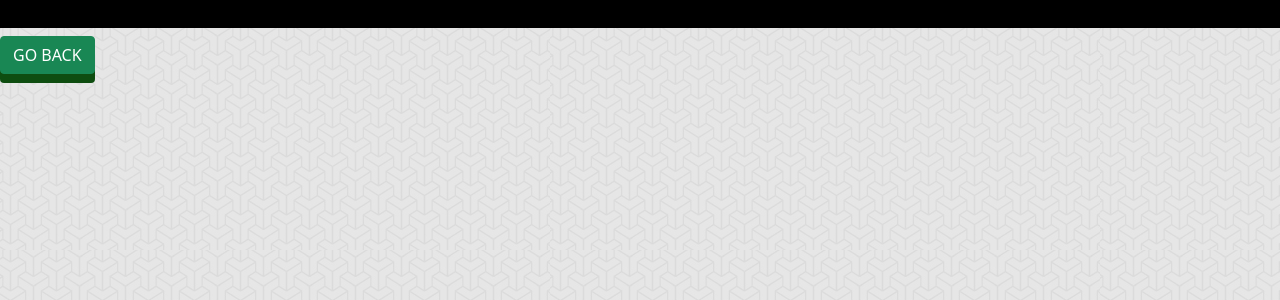
Repository: kavine24/CS490-Python-LMS
Page: html/portal/t/ReviewExam.html
The author's editor kept a copy of each file at every save. The page is drawn from the files as they stood at one save, then again after the next save.
The browser window is 1280 px wide. The pictures show the whole page.
The page's requests for data from a server got no answer.

Above is the page before, as saved 2022-04-12 18:59:09.

After the next save:
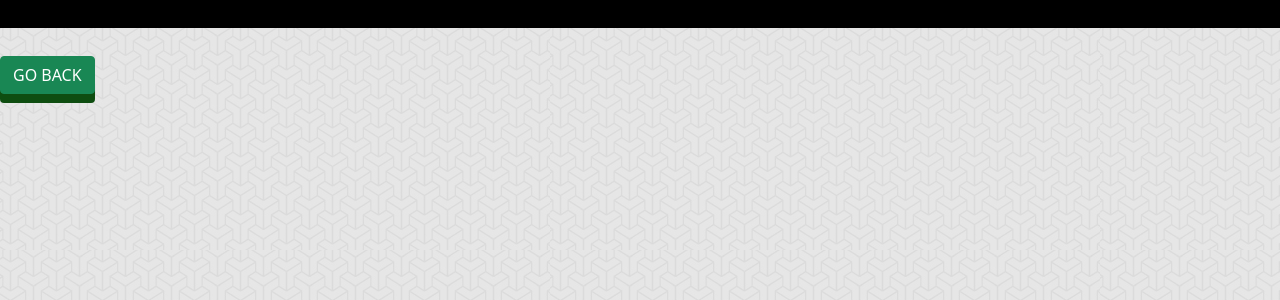
Saved 113 s later.
--- a/html/portal/t/ReviewExam.html
+++ b/html/portal/t/ReviewExam.html
@@ -9,7 +9,7 @@
   <body>
     <h1 id="header" class="header"></h1>
     <main id="reviewDiv">
-      <button id="goBackHome" class="btn btn-success submit" onclick = goBack()>GO BACK</button>
+      <button id="submit" class="btn btn-success submit" onclick = goBack()>GO BACK</button>
     </main>
 
     <script>

After the save that followed:
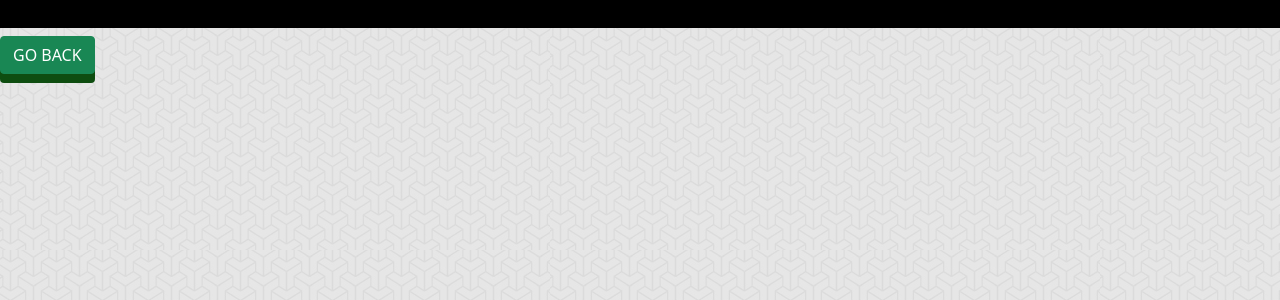
Saved 6 s later.
--- a/html/portal/t/ReviewExam.html
+++ b/html/portal/t/ReviewExam.html
@@ -9,7 +9,7 @@
   <body>
     <h1 id="header" class="header"></h1>
     <main id="reviewDiv">
-      <button id="submit" class="btn btn-success submit" onclick = goBack()>GO BACK</button>
+      <button id="goBackHome" class="btn btn-success submit" onclick = goBack()>GO BACK</button>
     </main>
 
     <script>
